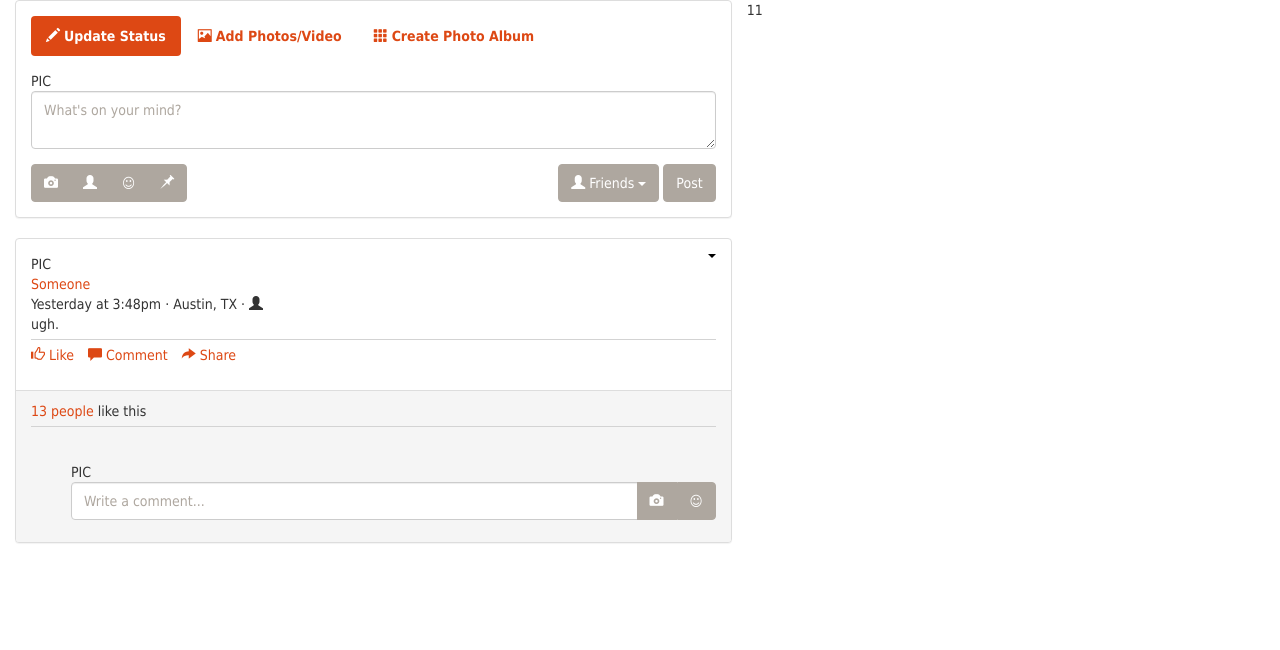
Repository: harshagithub19/news_feed
Page: fbapp3/src/main/webapp/statuscheck.html
An editor plug-in stored every save of this project. The page is shown before and after the next save, followed by the edit.
The browser window is 1280 px wide. The pictures show the whole page.
The page's requests for data from a server got no answer. Some web fonts or font styles are not loaded; a fallback is used. Some web libraries are served in a nearby version.

Above is the page before, as saved 2017-03-02 05:15:30.

After the next save:
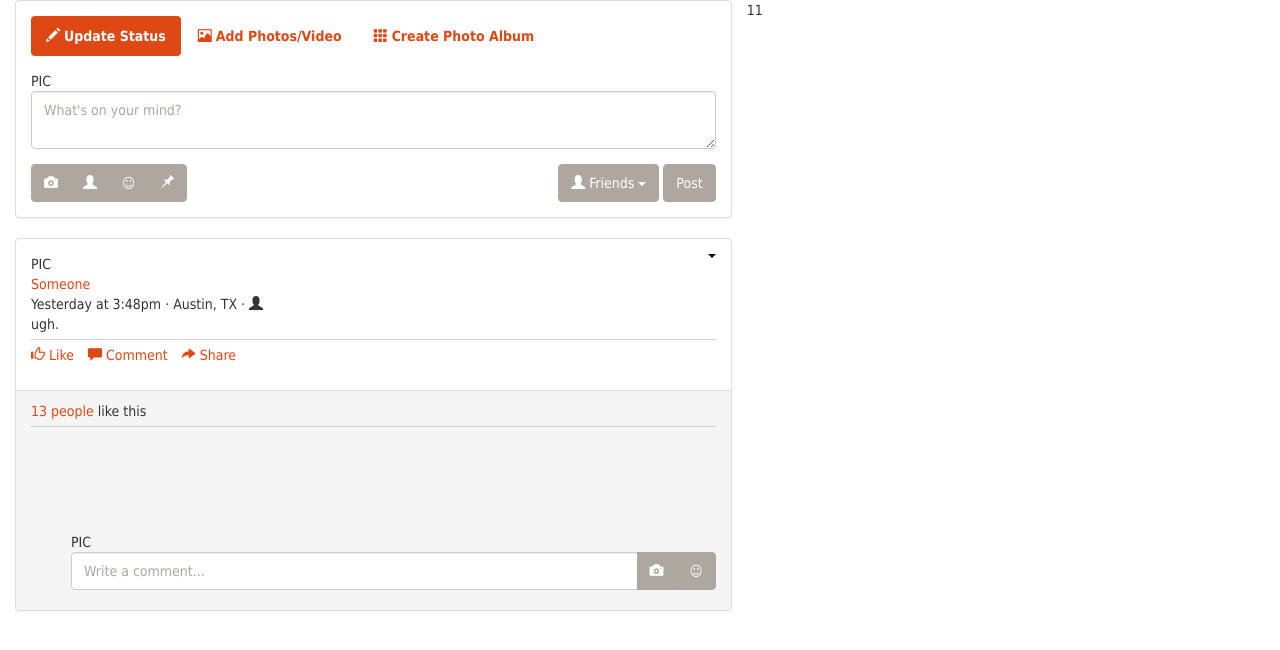
Saved 17 s later.
--- a/fbapp3/src/main/webapp/statuscheck.html
+++ b/fbapp3/src/main/webapp/statuscheck.html
@@ -237,11 +237,11 @@ nav ul {
 
 
   <hr>
-  <div class="pre-scrollable" style="height:100px"
+  <div class="pre-scrollable" style="height:100px;">
        <p id ="output"></p>
        <br>
 
-
+  </div>
 
    <ul>
    <li class="media">
